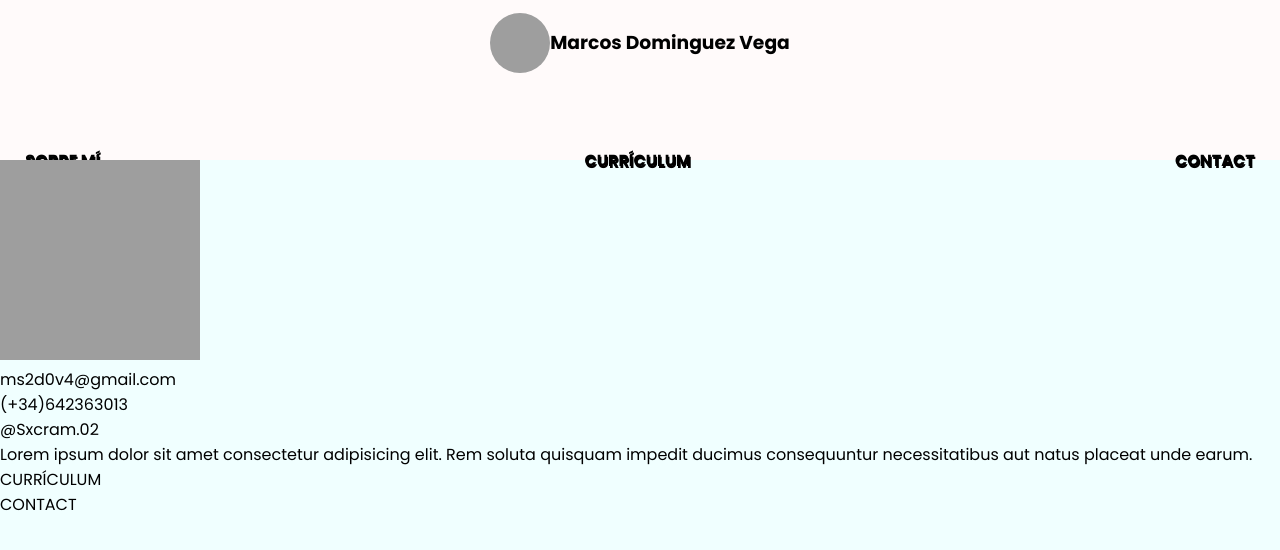
Repository: Sxcram02/Portfoliov.2
Page: index.html
These files come from the project's save history. The page is drawn as it stood at one moment and after the next save; the edit follows.
The browser window is 1280 px wide. The pictures show the whole page.
Pictures or frames that could not be fetched are drawn as grey boxes.

Above is the page before, as saved 2023-04-10 23:53:17.

### index.html
<!DOCTYPE html>
<html lang="en">
<head>
    <meta charset="UTF-8">
    <meta http-equiv="X-UA-Compatible" content="IE=edge">
    <meta name="viewport" content="width=device-width, initial-scale=1.0">
    <link rel="stylesheet" href="css/style.css" />
    <link rel="shortcut icon" href="https://picsum.photo/160" type="image/x-icon" />
    <title>miPortFolio</title>
</head>
<body>
    <div class="root">
        <header>
            <div class="box-porfile">
                <img src="https://picsum.photos/200" alt="porfile" />
                <h3 class="name">Marcos Dominguez Vega</h3>
            </div>
            <nav>
                <ul class="nav-bar">
                    <li>SOBRE MÍ</li>
                    <li>CURRÍCULUM</li>
                    <li>CONTACT</li>
                </ul>
            </nav>
        </header>
        <main>
            <section class="sobreMi">
                <article class="box-image">
                    <img src="https://picsum.photos/200" alt="porfile" />
                    <ul class="redes">
                        <li>ms2d0v4@gmail.com</li>
                        <li>(+34)642363013</li>
                        <li>@Sxcram.02</li>
                    </ul>
                </article>
                <article class="info">
                    <p>Lorem ipsum dolor sit amet consectetur adipisicing elit. Rem soluta quisquam impedit ducimus consequuntur necessitatibus aut natus placeat unde earum.</p>
                    <ul class="nav-bar2">
                        <li>CURRÍCULUM</li>
                        <li>CONTACT</li>
                    </ul>
                </article>
            </section>
        </main>
    </div>
</body>
</html>

### css/style.css
@import url('https://fonts.googleapis.com/css2?family=Poppins:ital,wght@0,400;0,500;0,600;0,700;0,800;0,900;1,400&display=swap');

* {
    margin: 0;
    padding: 0;
    box-sizing: border-box;
    font-family: 'Poppins',sans-serif;
    list-style: none;
}

.root {
    width: 100vw;
    height: 100vh;
    background-color: azure;
}

header {
    width: 100%;
    height: 10em;
    padding: 1%;
    background-color: snow;
    display: flex;
    flex-direction: column;
    align-items: center;
}

.box-porfile {
    display: flex;
    align-items: center;
    text-align: center;
}

.box-porfile > img {
    width: 60px;
    height: 60px;
    border-radius: 100%;
}

nav {
    width: 100%;
    margin-top: 5%;
}

.nav-bar {
    display: flex;
    align-items: center;
    justify-content: space-between;
    font-weight: 700;
    color: ;
    text-shadow: 1px 2px black;
}

.nav-bar li {
    padding: 1%;
}

.nav-bar li:hover {
    background-color: rgba(128, 128, 128, 0.604);
    color:orange;
    transition: all 0.3s;
}

After the next save:
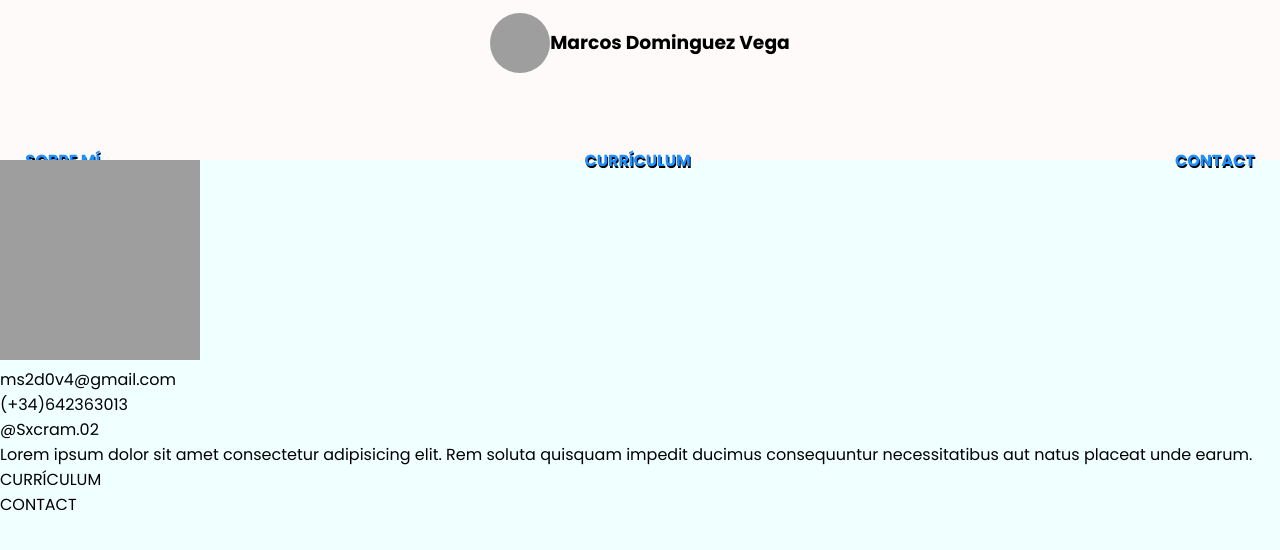
Saved 19 s later.
--- a/css/style.css
+++ b/css/style.css
@@ -46,7 +46,7 @@ nav {
     align-items: center;
     justify-content: space-between;
     font-weight: 700;
-    color: ;
+    color: dodgerblue;
     text-shadow: 1px 2px black;
 }
 
